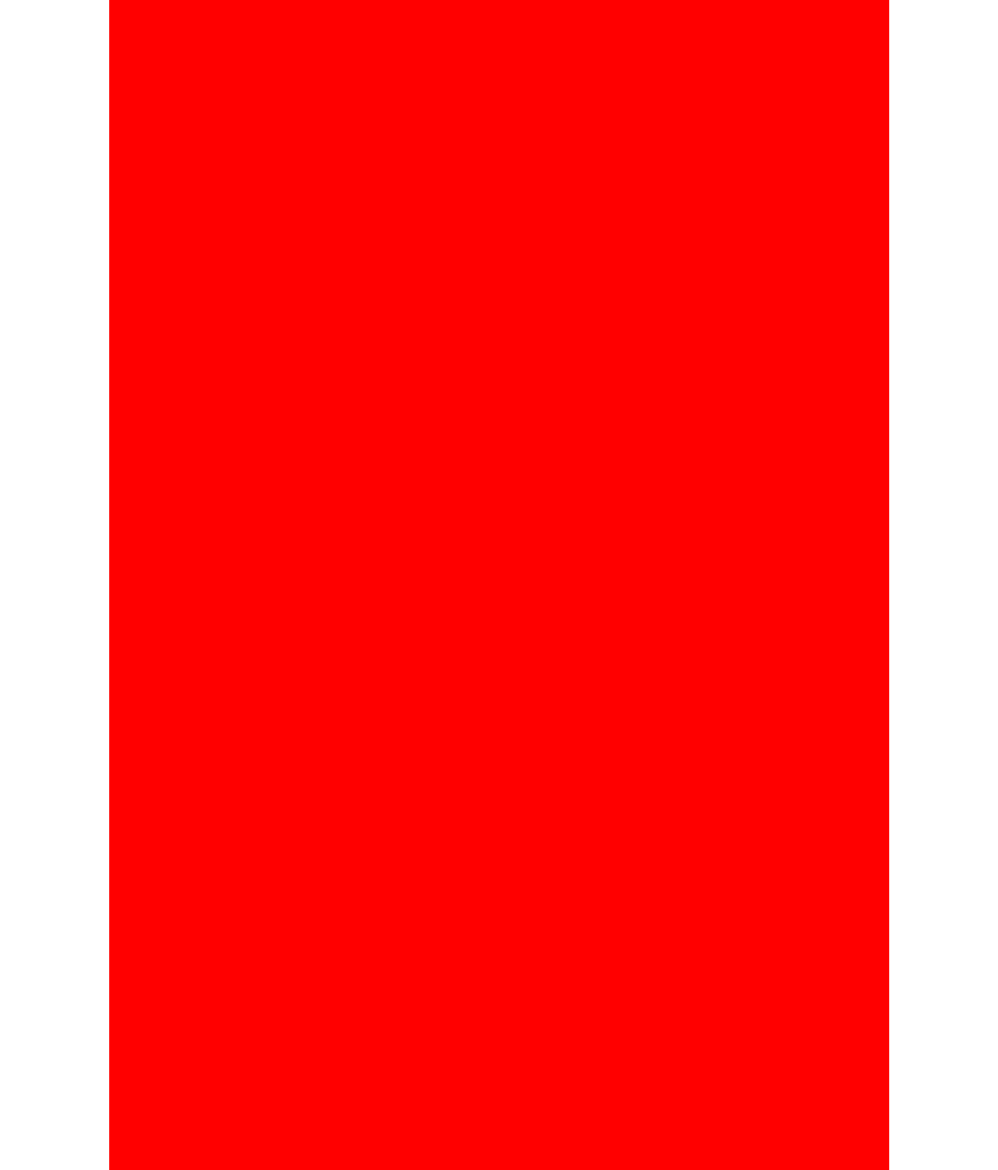
Repository: AmelYahyaoui/journal
Page: index.html
The author's editor kept a copy of each file at every save. The page is drawn from the files as they stood at one save, then again after a run of saves.
The browser window is 1280 px wide. The pictures show the whole page, at 78% of full size.
Some web libraries are served in a nearby version.

Above is the page before, as saved 2024-10-08 13:24:07.

After the next 2 saves:
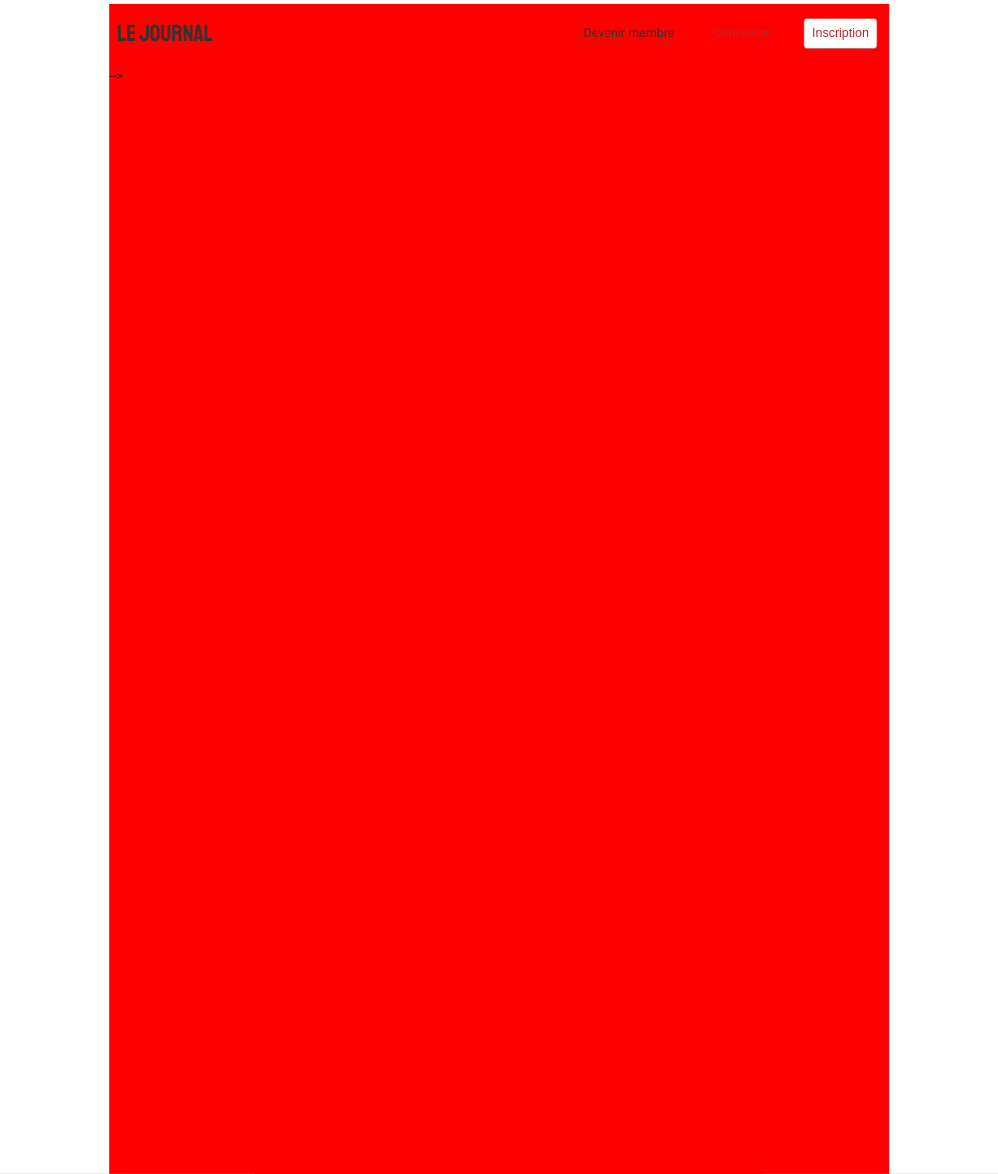
The 2 saves are shown as one change because they came seconds apart.
The last was saved 6 s later.
--- a/index.html
+++ b/index.html
@@ -14,7 +14,14 @@
 </head>
 <body>
   <div class="container">
-
+    <header>
+      <a href="#" class="logo">le journal</a>
+       <ul>
+        <li><a href="">Devenir membre</a></li>
+        <li><a class="text-primary" href="">Connexion</a></li>
+        <li><button class="btn btn-light" href="">Inscription</></li>
+       </ul> -->
+      </header>
   </div>
 
     <!-- <nav>
